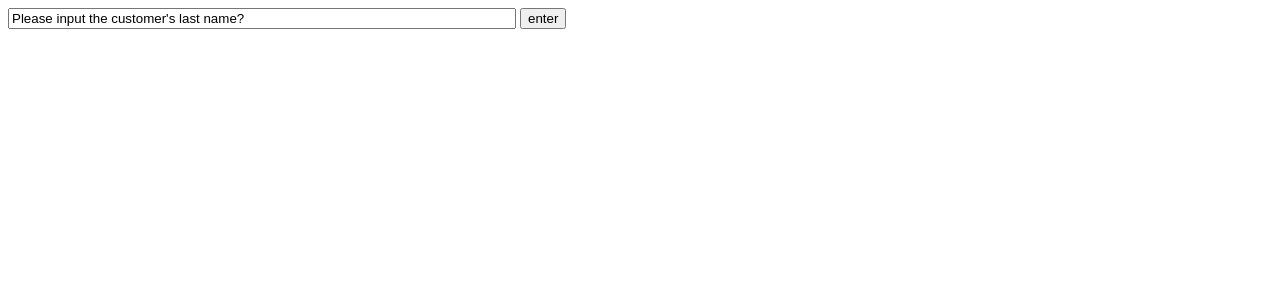
Repository: ri144/JavaWebCourse
Page: CustomerServletProject/WebContent/index.html
The author's editor kept a copy of each file at every save. The page is drawn from the files as they stood at one save, then again after the next save.
The browser window is 1280 px wide. The pictures show the whole page.

Above is the page before, as saved 2017-06-13 16:07:02.

### CustomerServletProject/WebContent/index.html
<!DOCTYPE html>
<html>
<head>
<meta charset="UTF-8">
<title>Search</title>
</head>
<body>
<form action = "/ServerSublet" method = "post">
<input type = "text" style= "width:500px;" name="lName" value="Please input the customer's last name?">
<input type = "submit" value = "enter">


</form>
</body>
</html>

After the next save:
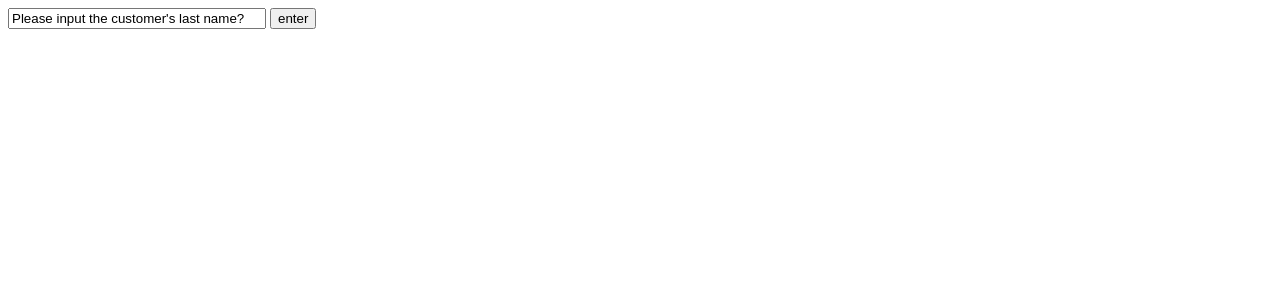
Saved 21 s later.
--- a/CustomerServletProject/WebContent/index.html
+++ b/CustomerServletProject/WebContent/index.html
@@ -6,7 +6,7 @@
 </head>
 <body>
 <form action = "/ServerSublet" method = "post">
-<input type = "text" style= "width:500px;" name="lName" value="Please input the customer's last name?">
+<input type = "text" style= "width:250px;" name="lName" value="Please input the customer's last name?">
 <input type = "submit" value = "enter">
 
 
